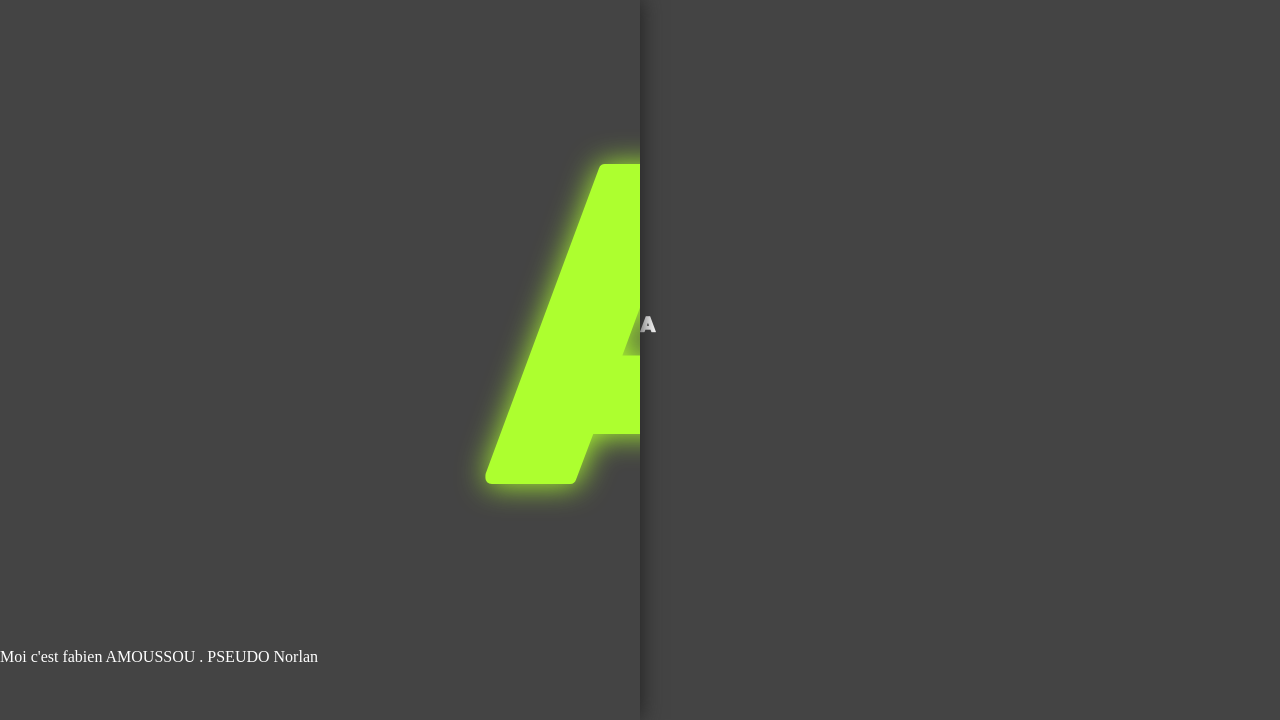
Repository: Norlan-20/Fabien-Neon
Page: index.html
These files come from the project's save history. The page is drawn as it stood at one moment and after the next save; the edit follows.
The browser window is 1280 px wide. The pictures show the whole page.

Above is the page before, as saved 2021-06-19 19:38:16.

After the next save:
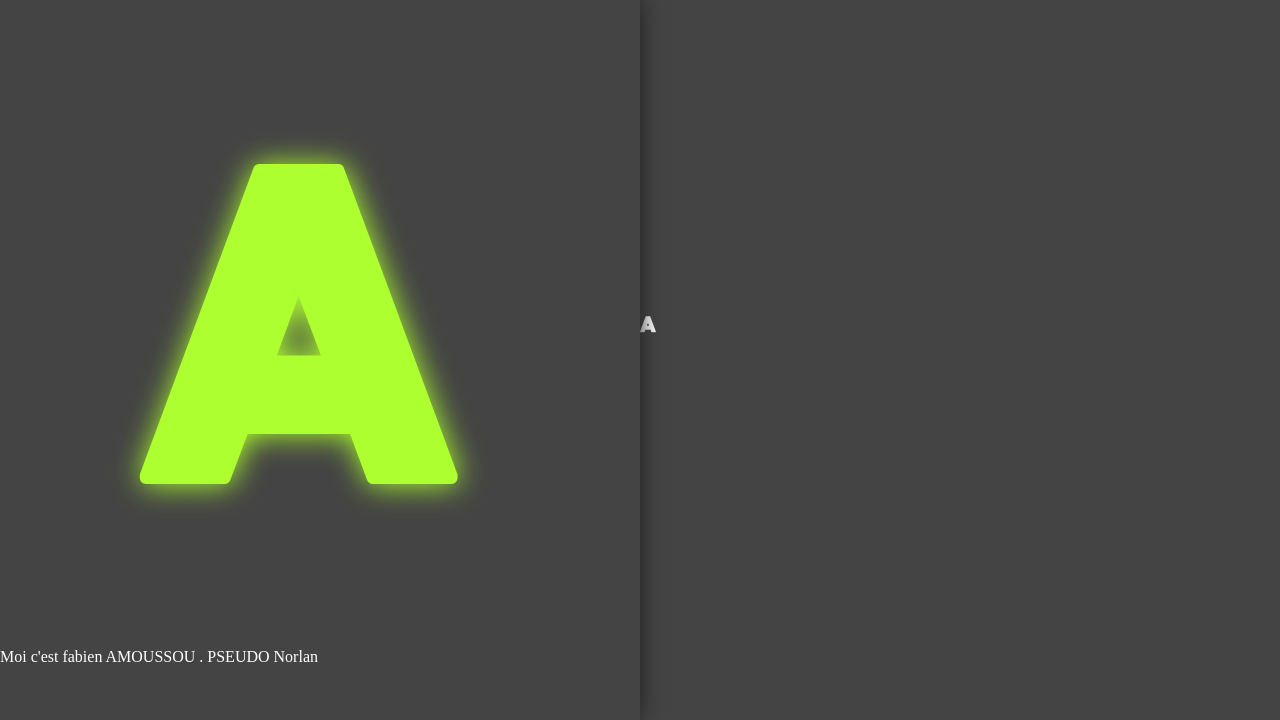
Saved 16 s later.
--- a/assets/css/style.css
+++ b/assets/css/style.css
@@ -73,3 +73,11 @@
 #second > div:first-child {
     align-items: flex-start;
 }
+
+#first > div:first-child span {
+    font-size: 25vw;
+    position: relative;
+    left: -13.5vw;
+    color: greenyellow;
+    text-shadow: 1px 1px 30px greenyellow;
+}
